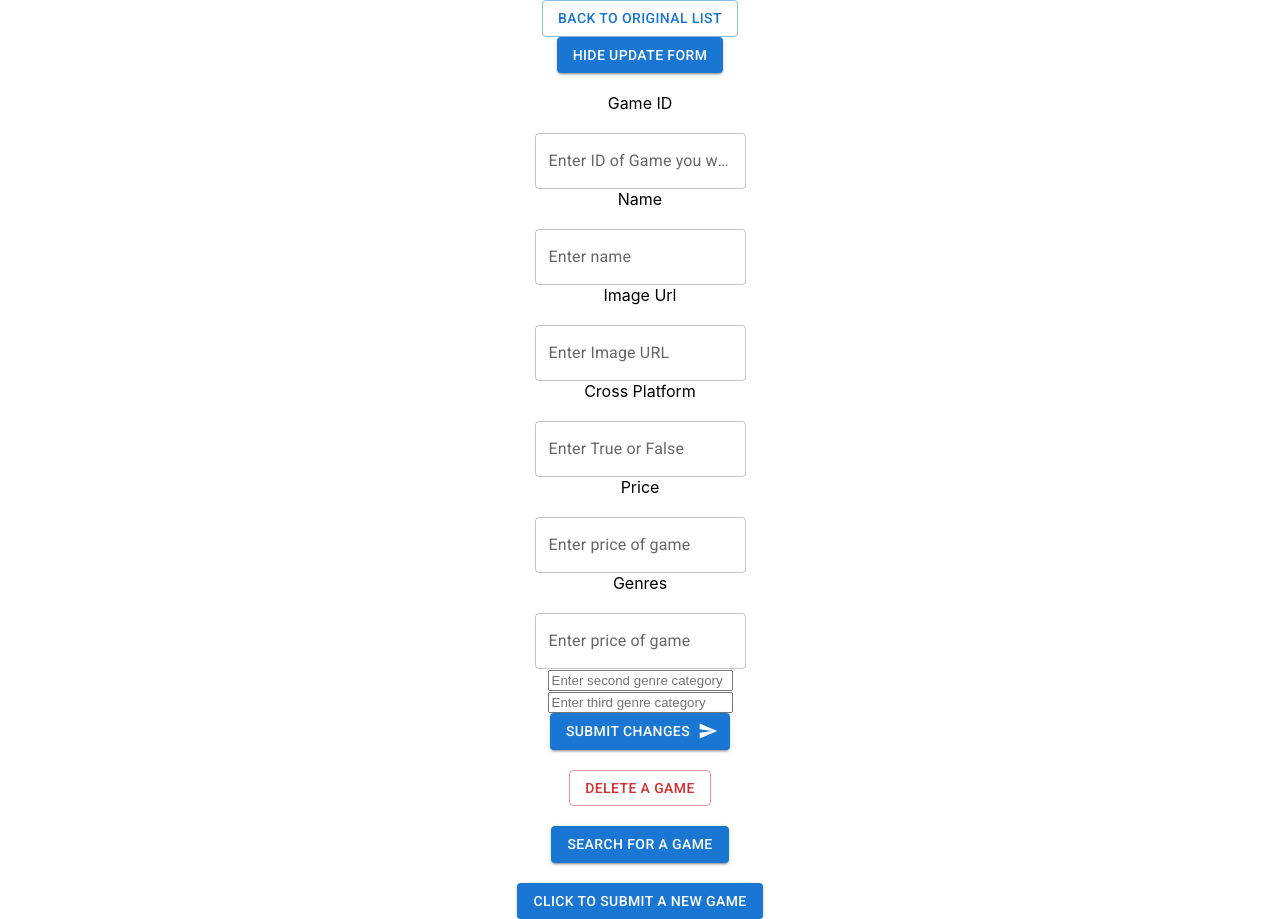
Repository: The-Software-Guild/assessment-2-react-nj10deadend
Page: / (app in Part-2/React-section/frontend/), after clicking the first element matching `button.MuiButton-contained`
These files come from the project's save history. The page is drawn as it stood at one moment and after the next save; the edit follows.
The browser window is 1280 px wide. The pictures show the whole page.
The page's requests for data from a server got no answer. The project was rebuilt for these pictures with package versions that can differ from the ones it lists, and the page was loaded fresh each time. No one was signed in, and anything a server would have sent is missing. Also part of the build but not shown: Part-2/React-section/frontend/src/components/GameCards.js.

Above is the page before, as saved 2021-12-19 22:32:30.

### Part-2/React-section/frontend/public/index.html
<!DOCTYPE html>
<html lang="en">
  <head>
    <meta charset="utf-8" />
    <link rel="icon" href="%PUBLIC_URL%/favicon.ico" />
    <meta name="viewport" content="width=device-width, initial-scale=1" />
    <meta name="theme-color" content="#000000" />
    <meta name="viewport" content="initial-scale=1, width=device-width" />
    <meta
      name="description"
      content="Web site created using create-react-app"
    />
    <link rel="apple-touch-icon" href="%PUBLIC_URL%/logo192.png" />
    <!--
      manifest.json provides metadata used when your web app is installed on a
      user's mobile device or desktop. See https://developers.google.com/web/fundamentals/web-app-manifest/
    -->
    <link rel="manifest" href="%PUBLIC_URL%/manifest.json" />
    <!--
      Notice the use of %PUBLIC_URL% in the tags above.
      It will be replaced with the URL of the `public` folder during the build.
      Only files inside the `public` folder can be referenced from the HTML.

      Unlike "/favicon.ico" or "favicon.ico", "%PUBLIC_URL%/favicon.ico" will
      work correctly both with client-side routing and a non-root public URL.
      Learn how to configure a non-root public URL by running `npm run build`.
    -->
    <link
      rel="stylesheet"
      href="https://fonts.googleapis.com/css?family=Roboto:300,400,500,700&display=swap"
    />
    <link
      rel="stylesheet"
      href="https://fonts.googleapis.com/icon?family=Material+Icons"
    />
    <title>React App</title>
  </head>
  <body>
    <noscript>You need to enable JavaScript to run this app.</noscript>
    <div id="root"></div>
    <!--
      This HTML file is a template.
      If you open it directly in the browser, you will see an empty page.

      You can add webfonts, meta tags, or analytics to this file.
      The build step will place the bundled scripts into the <body> tag.

      To begin the development, run `npm start` or `yarn start`.
      To create a production bundle, use `npm run build` or `yarn build`.
    -->
  </body>
</html>

### Part-2/React-section/frontend/src/index.css
body {
  margin: 0;
  font-family: -apple-system, BlinkMacSystemFont, 'Segoe UI', 'Roboto', 'Oxygen',
    'Ubuntu', 'Cantarell', 'Fira Sans', 'Droid Sans', 'Helvetica Neue',
    sans-serif;
  -webkit-font-smoothing: antialiased;
  -moz-osx-font-smoothing: grayscale;
}

code {
  font-family: source-code-pro, Menlo, Monaco, Consolas, 'Courier New',
    monospace;
}

.imgs {
  height: 300px;
  width: 300px;
  border-radius: 5px;
}
.game-cards {
  border-color: lightblue;
  border-style: outset;
}
.divider {
  border-top: 1px dotted lightblue;
}

### Part-2/React-section/frontend/src/App.js
import './App.css';
import Home from './components/Home';
import AddGameForm from './components/AddGameForm';
import GameSearch from './components/GameSearch';
import UpdateGame from './components/UpdateGame';
import DeleteGame from './components/DeleteGame';
import axios from 'axios';
import {useState, useEffect} from 'react';
import Container from '@mui/material/Container';

// import {Container} from '@mui/material';
import Button from '@mui/material/Button';
// import Typography from '@mui/material/Typography';

function App() {

  const [gameData, setGameData] = useState([]);

  function getFetchGameServer () {
    axios.get(`http://localhost:8080/allGames`)
      .then(res => {
        setGameData(res.data)
      })

  }

  useEffect(getFetchGameServer, []);

  return (
    // <div className="App">
    <Container className="App">

      <Button variant="outlined"onClick={getFetchGameServer}>Back to Original List</Button>
      <UpdateGame getFetchGameServer={getFetchGameServer}/>
      <br></br>
      <DeleteGame getFetchGameServer={getFetchGameServer} />
      <br></br>
      <GameSearch setGameData={setGameData}/>
      <br></br>
      <AddGameForm setGameData={setGameData}/>


      <Home gameData={gameData}/>

    </Container>

  );
}

export default App;

### Part-2/React-section/frontend/src/components/Home.js
import GameCards from "./GameCards";


function Home ({gameData}) {

    const renderGameData = gameData.map(eachGame => {
        // console.log(eachGame._id);
        return (
            <GameCards key={eachGame._id} eachGame={eachGame} />
        )
    })
    return (
        <div>
            {renderGameData}

        </div>
    )
}

export default Home;

### Part-2/React-section/frontend/src/components/AddGameForm.js
import {useState, useEffect} from 'react';
import axios from 'axios';
import Button from '@mui/material/Button';
import SendIcon from '@mui/icons-material/Send';


function AddGameForm ({setGameData}) {

    const [clicked, setClicked] = useState(false);
    const [submitted, setSubmitted] = useState(false);
    const [name, setName] = useState("");
    const [img, setImg] = useState("");
    const [crossPlatform, setCrossPlatform] = useState("");
    const [price, setPrice] = useState("");
    const [genres, setGenres] = useState(["", "", ""]);
    const buttonText = clicked ? "Hide Submission Form" : "Click to Submit a New Game"

    function postRequest() {
        return axios.post('http://localhost:8080/allGames', {
            name: name,
            img: img,
            cross_platform: crossPlatform,
            price: price,
            genres: genres
        })
        .then(function (response) {
            console.log(response);
            return response.data;
        })
        .catch(function (error) {
            console.log(error);
            return null;
        });
    }

    async function onSubmit(event) {
        event.preventDefault();
        setName("");
        setImg("");
        setCrossPlatform("");
        setPrice("");
        setGenres(["", "", ""]);
        const newGame = await postRequest();
        // console.log(newGame);
        setGameData((oldInfo)=> {
            // console.log(oldInfo)
            return [...oldInfo, newGame]
        })
    }

    return (
        <div>
            <Button variant="contained" onClick={() => {setClicked(!clicked)}}>{buttonText}</Button>
            {clicked && (
                <form onSubmit={onSubmit}>
                    <div>
                        <label for="name">Name</label>
                        <br></br>
                        <input type="text" name="name" placeholder="Enter name" id="name"
                        value={name} onChange={(event) => {setName(event.target.value)}}/>
                    </div>
                    <div>
                        <label for="img">Image Url</label>
                        <br></br>
                        <input type="text" name="img" placeholder="Enter image URL" id="img"
                        value={img} onChange={(event) => {setImg(event.target.value)}}/>
                    </div>
                    <div>
                        <label for="cross platform">Cross Platform</label>
                        <br></br>
                        <input type="text" name="cross platform" placeholder="Enter true or false" id="cross_platform"
                        value={crossPlatform} onChange={(event) => {setCrossPlatform(event.target.value)}}/>
                    </div>
                    <div>
                        <label for="price">Price</label>
                        <br></br>
                        <input type="text" name="price" placeholder="Enter price of game" id="price"
                        value={price} onChange={(event) => {setPrice(event.target.value)}} />
                    </div>
                    <div>
                        <label for="genres">Genres</label>
                        <br></br>
                        <input type="text" name="genre1" placeholder="Enter first genre category" id="genre1"
                        value={genres[0]} onChange={(event) => {setGenres([event.target.value, genres[1], genres[2]])}}/>
                        <br></br>
                        <input type="text" name="genre2" placeholder="Enter second genre category" id="genre2"
                        value={genres[1]} onChange={(event) => {setGenres([genres[0], event.target.value, genres[2] ])}}/>
                        <br></br>
                        <input type="text" name="genre3" placeholder="Enter third genre category" id="genre3"
                        value={genres[2]} onChange={(event) => {setGenres([genres[0], genres[1], event.target.value])}}/>
                    </div>
                    {/* <Button variant="contained" type="submit">Submit new Game</Button> */}
                    <Button variant="contained" endIcon={<SendIcon />} type="submit">Submit new Game</Button>


                </form>
            )}


        </div>
    )
}

export default AddGameForm;

### Part-2/React-section/frontend/src/components/GameSearch.js
import {useState} from 'react';
import axios from 'axios';
import Button from '@mui/material/Button';
import TextField from '@mui/material/TextField';



function GameSearch ({setGameData}) {

    const [searchId, setSearchId] = useState("");
    const [clicked, setClicked] = useState(false);

    const searchGameText = clicked ? "Hide Search Form" : "Search for a Game"

    function getFetchOneGame () {
        axios.get(`http://localhost:8080/allGames/${searchId}`)
          .then(res => {
            setGameData([res.data])
        })

    }

    function onSearch(event) {
        event.preventDefault()
        setSearchId("");
        getFetchOneGame();
    }

    return (
        <div>
            <Button variant="contained" onClick={() => {setClicked(!clicked)}}>{searchGameText}</Button>
            {clicked && (
                <form onSubmit={onSearch}>
                    {/* <input type="text" placeholder="Search for game by id..."
                    onChange={(event) => {setSearchId(event.target.value)}}
                    value = {searchId}
                    /> */}
                    <br></br>
                    <TextField id="outlined-basic" label="Search for game by id"
                    variant="outlined"
                    onChange={(event) => {setSearchId(event.target.value)}}
                    value = {searchId}
                    />
                    <br></br>
                    <Button variant="outlined" type="submit">Search</Button>
                </form>
            )}
        </div>
    )
}

export default GameSearch;

### Part-2/React-section/frontend/src/components/UpdateGame.js
import {useState} from 'react';
import axios from 'axios';
import Button from '@mui/material/Button';
import Box from '@mui/material/Box';
import TextField from '@mui/material/TextField';
import SendIcon from '@mui/icons-material/Send';



function UpdateGame ({getFetchGameServer}) {
    const [name, setName] = useState("");
    const [img, setImg] = useState("");
    const [crossPlatform, setCrossPlatform] = useState("");
    const [price, setPrice] = useState("");
    const [genres, setGenres] = useState(["", "", ""]);

    const [clicked, setClicked] = useState(false);
    const [searchId, setSearchId] = useState("");

    const updateButtonText = clicked ? "Hide Update Form" : "Update game details"

    async function patchRequest () {
        await axios.patch(`http://localhost:8080/allGames/update/${searchId}`,  {
            name: name,
            img: img,
            cross_platform: crossPlatform,
            price: price,
            genres: genres
        })
    }

    async function updateChanges (event) {
        event.preventDefault();
        await patchRequest();
        getFetchGameServer();
        setSearchId("");
        setName("");
        setImg("");
        setCrossPlatform("");
        setPrice("");
    }
    return (
        <Box sx={{ borderRadius: '50%' }}>
            <Button variant="contained" onClick={() => {setClicked(!clicked)}}>{updateButtonText}</Button>
                {clicked && (
                    <div>
                        <br></br>
                        <form onSubmit={updateChanges}>
                            <div>
                                <label for="game-id">Game ID</label>
                                <br></br>
                                <br></br>
                                {/* <input name="game-id" type="text" placeholder="Enter ID of Game you want to update"
                                onChange={(event) => {setSearchId(event.target.value)}}
                                value = {searchId}
                                /> */}
                                <TextField id="outlined-basic1" label="Enter ID of Game you want to update"
                                variant="outlined"
                                onChange={(event) => {setSearchId(event.target.value)}}
                                value = {searchId}
                                />
                            </div>
                            <div>
                                <label for="name">Name</label>
                                <br></br>
                                <br></br>
                                {/* <input type="text" name="name" placeholder="Enter name" id="name"
                                value={name} onChange={(event) => {setName(event.target.value)}}/> */}
                                <TextField id="outlined-basic2" label="Enter name"
                                variant="outlined"
                                onChange={(event) => {setName(event.target.value)}}
                                value = {name}
                                />
                            </div>
                            <div>
                                <label for="img">Image Url</label>
                                <br></br>
                                <br></br>
                                {/* <input type="text" name="img" placeholder="Enter image URL" id="img"
                                value={img} onChange={(event) => {setImg(event.target.value)}}/> */}
                                <TextField id="outlined-basic3" label="Enter Image URL"
                                variant="outlined"
                                onChange={(event) => {setImg(event.target.value)}}
                                value = {img}
                                />
                            </div>
                            <div>
                                <label for="cross platform">Cross Platform</label>
                                <br></br>
                                <br></br>
                                {/* <input type="text" name="cross platform" placeholder="Enter true or false" id="cross_platform"
                                value={crossPlatform} onChange={(event) => {setCrossPlatform(event.target.value)}}/> */}
                                <TextField id="outlined-basic4" label="Enter True or False"
                                variant="outlined"
                                onChange={(event) => {setCrossPlatform(event.target.value)}}
                                value = {crossPlatform}
                                />
                            </div>
                            <div>
                                <label for="price">Price</label>
                                <br></br>
                                <br></br>
                                {/* <input type="text" name="price" placeholder="Enter price of game" id="price"
                                value={price} onChange={(event) => {setPrice(event.target.value)}} /> */}
                                <TextField id="outlined-basic5" label="Enter price of game"
                                variant="outlined"
                                onChange={(event) => {setPrice(event.target.value)}}
                                value = {price}
                                />
                            </div>
                            <div>
                                <label for="genres">Genres</label>
                                <br></br>
                                <br></br>
                                {/* <input type="text" name="genre1" placeholder="Enter first genre category" id="genre1"
                                value={genres[0]} onChange={(event) => {setGenres([event.target.value, genres[1], genres[2]])}}/> */}
                                <TextField id="outlined-basic6" label="Enter price of game"
                                variant="outlined"
                                onChange={(event) => {setGenres([event.target.value, genres[1], genres[2]])}}
                                value = {genres[0]}
                                />
                                <br></br>
                                <input type="text" name="genre2" placeholder="Enter second genre category" id="genre2"
                                value={genres[1]} onChange={(event) => {setGenres([genres[0], event.target.value, genres[2] ])}}/>
                                <br></br>
                                <input type="text" name="genre3" placeholder="Enter third genre category" id="genre3"
                                value={genres[2]} onChange={(event) => {setGenres([genres[0], genres[1], event.target.value])}}/>
                            </div>
                            <Button variant="contained" endIcon={<SendIcon />} type="submit">Submit Changes</Button>

                        </form>
                    </div>
                )}


        </Box>
    )
}

export default UpdateGame;

### Part-2/React-section/frontend/src/components/DeleteGame.js
import axios from 'axios';
import {useState} from 'react';
import Button from '@mui/material/Button';
import DeleteIcon from '@mui/icons-material/Delete';
import TextField from '@mui/material/TextField';


function DeleteGame ({getFetchGameServer}) {

    const [searchId, setSearchId] = useState("");
    const [clicked, setClicked] = useState(false);

    const deleteText = clicked ? "Hide Delete Form" : "Delete A Game"

    async function deleteGame () {
        await axios.delete(`http://localhost:8080/allGames/delete/${searchId}`)
    }

    async function onSubmit (event) {
        event.preventDefault();
        await deleteGame();
        getFetchGameServer();
        setSearchId("");

    }
    return (
        <div>
            <Button variant="outlined" color="error" onClick={() => {setClicked(!clicked)}}>{deleteText}</Button>
            {clicked && (
                <form onSubmit={onSubmit}>
                    <br></br>
                    <div>
                    <TextField id="outlined-basic" label="Enter ID of Game you want Deleted"
                    variant="outlined"
                    onChange={(event) => {setSearchId(event.target.value)}}
                    value = {searchId}
                    />
                    </div>
                    <br></br>
                    <div>
                        <Button type="submit" variant="outlined" color="error" startIcon={<DeleteIcon />}>Delete Game</Button>
                    </div>
                </form>
            )}

        </div>
    )
}
export default DeleteGame;

Loaded but not shown: Part-2/React-section/frontend/src/index.js (common file); Part-2/React-section/frontend/src/reportWebVitals.js (common file); Part-2/React-section/frontend/src/App.css (common file)

After the next save:
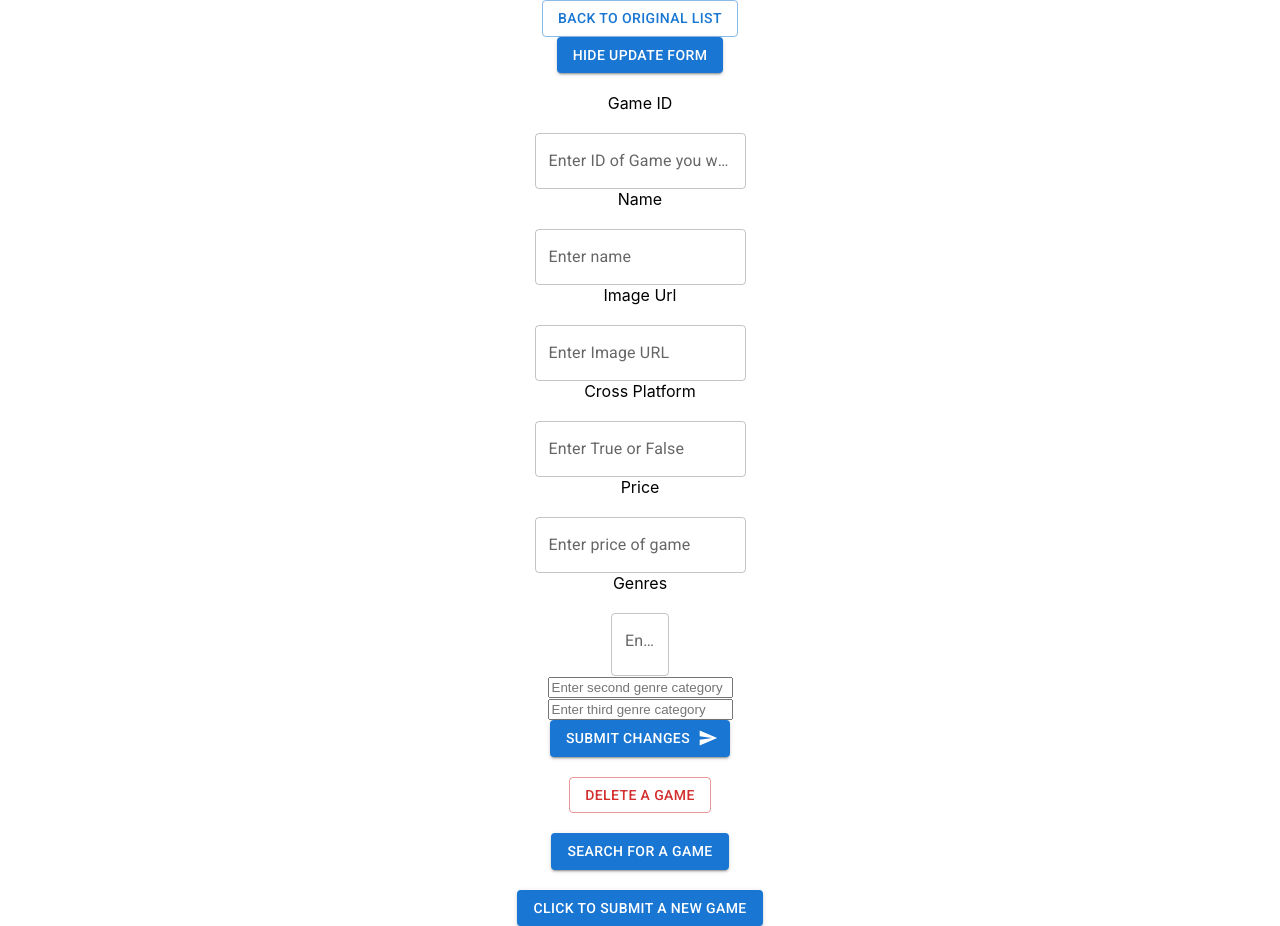
Saved 53 s later.
--- a/Part-2/React-section/frontend/src/index.css
+++ b/Part-2/React-section/frontend/src/index.css
@@ -24,3 +24,7 @@ code {
 .divider {
   border-top: 1px dotted lightblue;
 }
+#outlined-basic6 {
+  height: 30px;
+  width: 30px;
+}
